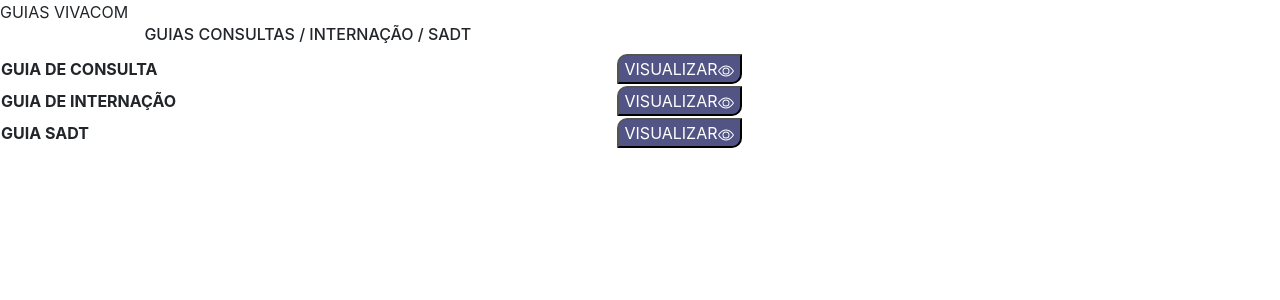
Repository: Leandromarim/INTRANET_PARTICULAR
Page: guiasVivacom.html
The author's editor kept a copy of each file at every save. The page is drawn from the files as they stood at one save, then again after the next save.
The browser window is 1280 px wide. The pictures show the whole page.

Above is the page before, as saved 2021-12-29 12:52:51.
Not found: ajax.js

After the next save:
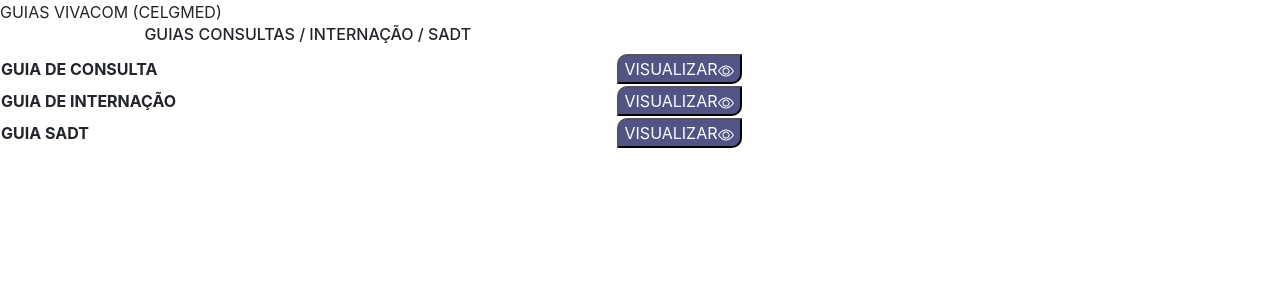
Saved 26 s later.
--- a/guiasVivacom.html
+++ b/guiasVivacom.html
@@ -20,7 +20,7 @@
     <header id="mainheader"></header>
     <main>
         <section class="container-titulo-tabela">
-            <span class="titulo-docs">GUIAS VIVACOM</span>
+            <span class="titulo-docs">GUIAS VIVACOM (CELGMED)</span>
         </section>
         <div class="table-centralizado">
             <table class="col-sm-6 col-lg-8">
